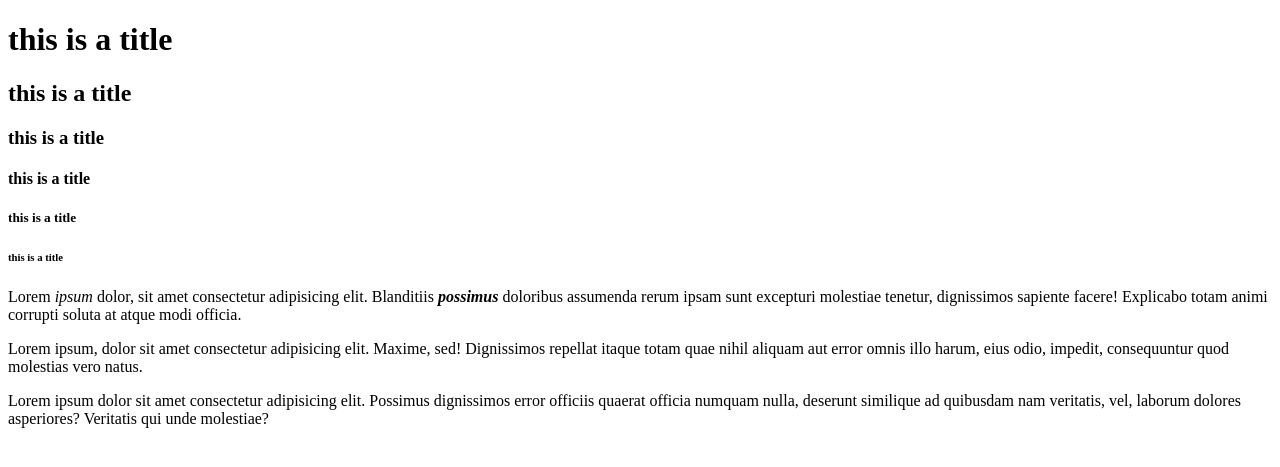
Repository: KelaiAffaf/luffy-courses
Page: index.html
An editor plug-in stored every save of this project. The page is shown before and after a run of saves, followed by the edit.
The browser window is 1280 px wide. The pictures show the whole page.

Above is the page before, as saved 2024-01-03 14:42:17.

### index.html
<!DOCTYPE html>
<html lang="en">
<head>
    <meta charset="UTF-8">
    <meta http-equiv="X-UA-Compatible" content="IE=edge">
    <meta name="viewport" content="width=device-width, initial-scale=1.0">
    <title>Course html css </title>
</head>
<body>
    <!-- this is a comment  -->
    <!-- TODO : add a picture -->
    <!-- this is a section where we re going to explain html tags  -->

    <!-- Headings : h1--h6  -->
    <h1>this is a title </h1>
    <h2>this is a title</h2>
    <h3>this is a title</h3>
    <h4>this is a title</h4>
    <h5>this is a title</h5>
    <h6>this is a <b>title</b></h6>

    <!-- Paragraphs -->
    <!-- em ==> empheses  -->
    <!-- b ==> bold -->
    <!-- i ==> italic -->
    <p>Lorem <em>ipsum</em> dolor, sit amet consectetur adipisicing elit.
        Blanditiis <b><i>possimus</i></b> doloribus assumenda rerum ipsam sunt
        excepturi molestiae tenetur, dignissimos sapiente facere!
        Explicabo totam animi corrupti soluta at atque modi officia.</p>

        Lorem ipsum, dolor sit amet consectetur adipisicing elit. Maxime, sed! Dignissimos repellat itaque totam quae nihil aliquam aut error omnis illo harum, eius odio, impedit, consequuntur quod molestias vero natus.

    <!-- Paragraphs with br ==> saud de ligne -->
    <p>Lorem ipsum dolor sit amet consectetur adipisicing elit. Possimus dignissimos error officiis quaerat officia numquam nulla, deserunt similique ad quibusdam nam veritatis, vel, laborum dolores asperiores? Veritatis qui unde molestiae?</p>
</body>
</html>

After the next 5 saves:
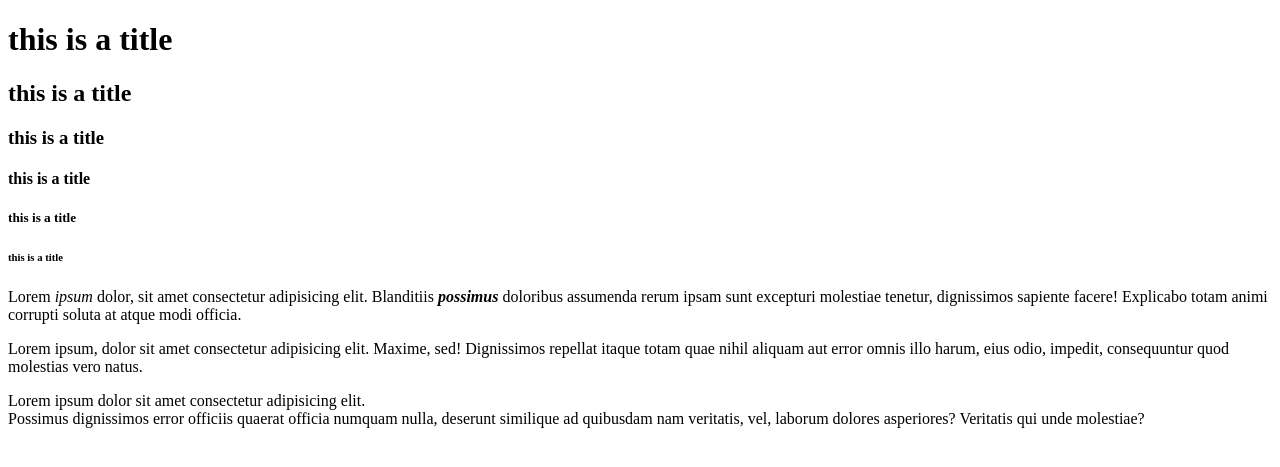
The 5 saves are shown as one change because they came seconds apart.
The last was saved 27 s later.
--- a/index.html
+++ b/index.html
@@ -31,6 +31,6 @@
         Lorem ipsum, dolor sit amet consectetur adipisicing elit. Maxime, sed! Dignissimos repellat itaque totam quae nihil aliquam aut error omnis illo harum, eius odio, impedit, consequuntur quod molestias vero natus.
 
     <!-- Paragraphs with br ==> saud de ligne -->
-    <p>Lorem ipsum dolor sit amet consectetur adipisicing elit. Possimus dignissimos error officiis quaerat officia numquam nulla, deserunt similique ad quibusdam nam veritatis, vel, laborum dolores asperiores? Veritatis qui unde molestiae?</p>
+    <p>Lorem ipsum dolor sit amet consectetur adipisicing elit. <br> Possimus dignissimos error officiis quaerat officia numquam nulla, deserunt similique ad quibusdam nam veritatis, vel, laborum dolores asperiores? Veritatis qui unde molestiae?</p>
 </body>
 </html>
